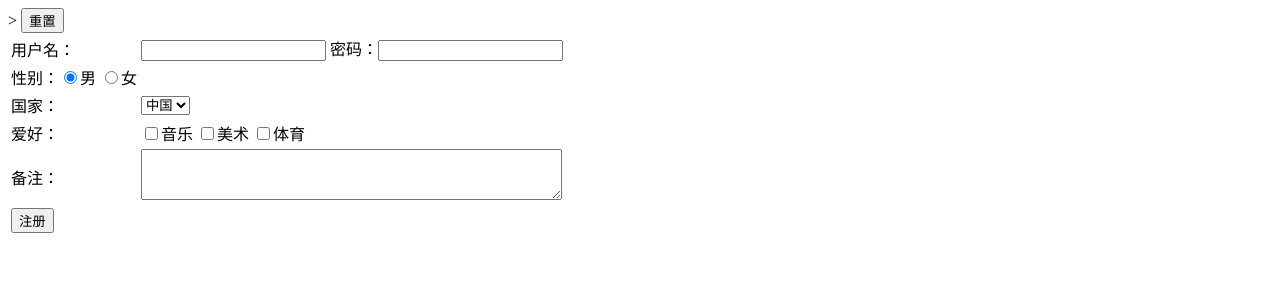
Repository: Lansefanggezi/JavaWeb
Page: HelloServlet/WebContent/Register.html
The author's editor kept a copy of each file at every save. The page is drawn from the files as they stood at one save, then again after the next save.
The browser window is 1280 px wide. The pictures show the whole page.

Above is the page before, as saved 2018-03-29 08:41:32.

After the next save:
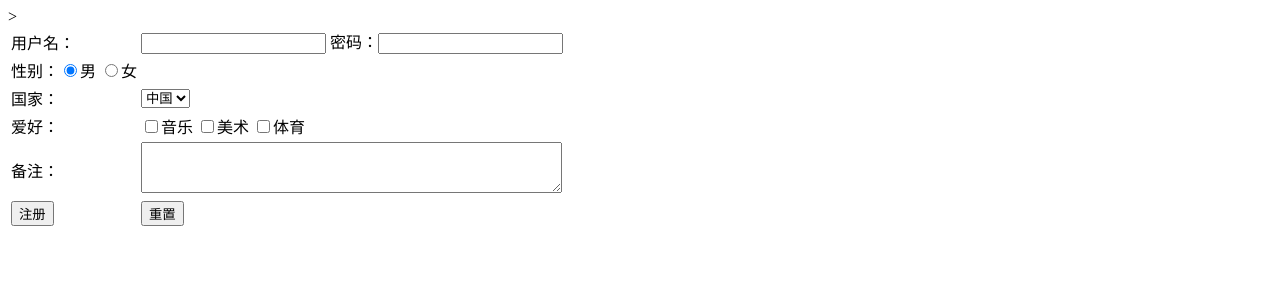
Saved 10 s later.
--- a/HelloServlet/WebContent/Register.html
+++ b/HelloServlet/WebContent/Register.html
@@ -46,7 +46,10 @@
 		<td>
 		<input type="submit" value="注册" >
 		</td>
+		<td>
 		<input type="reset" value="重置">
+		</td>
+		</tr>
 		</table>
 	</form>
 </body>
